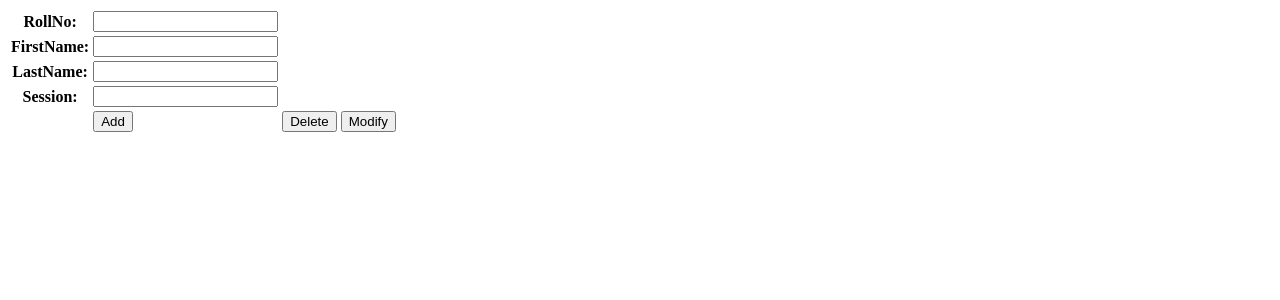
Repository: TraptiBhagat/AdvanceJava
Page: http://localhost/Student_Proj/StudentView.jsp
An editor plug-in stored every save of this project. The page is shown before and after the next save, followed by the edit.
The browser window is 1280 px wide. The pictures show the whole page.
The page is served by Tomcat 9.

Above is the page before, as saved 2022-03-25 09:02:45.

After the next save:
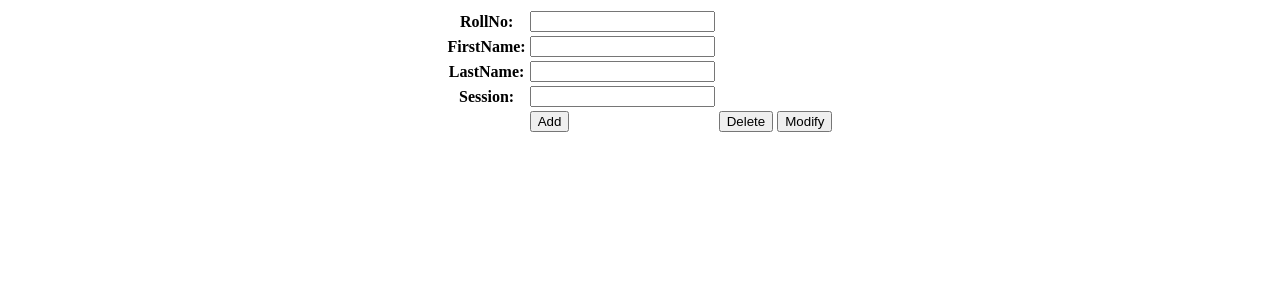
Saved 50 s later.
--- a/Advance workspace/Student_Proj/src/main/webapp/StudentView.jsp
+++ b/Advance workspace/Student_Proj/src/main/webapp/StudentView.jsp
@@ -8,7 +8,7 @@
 </head>
 <body>
 	<form action="" method="post">
-		<table>
+		<table align="center">
 			<tr>
 				<th>RollNo:</th>
 				<td><input type="text" name="rollno"></td>
